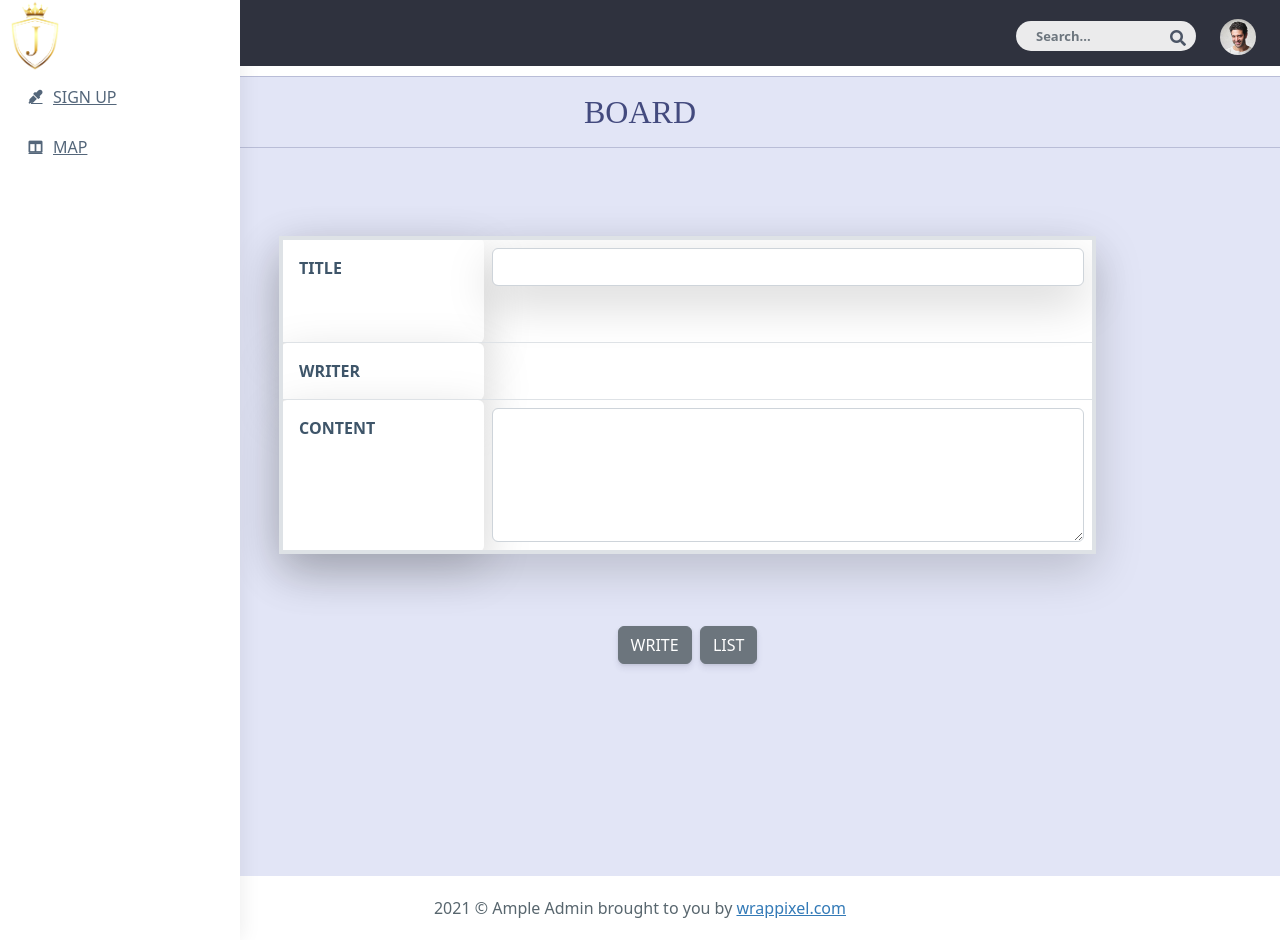
Repository: chopilyeon/HanaOpenBanking
Page: http://localhost/OpenBanking/jsp/board/boardWriteForm.jsp
These files come from the project's save history. The page is drawn as it stood at one moment and after the next save; the edit follows.
The browser window is 1280 px wide. The pictures show the whole page.
Some web fonts or font styles are not loaded; a fallback is used. The page is served by Tomcat 9. Other server files are loaded and not shown.

Above is the page before, as saved 2022-07-27 14:25:56.
Console error: ReferenceError: $ is not defined

### OpenBanking/src/main/webapp/jsp/board/boardWriteForm.jsp
<%@ page language="java" contentType="text/html; charset=UTF-8"
    pageEncoding="UTF-8"%>
<%@ taglib prefix="c" uri="http://java.sun.com/jsp/jstl/core" %>
<!DOCTYPE html>
<html>
<head>
<meta charset="utf-8">
    <meta http-equiv="X-UA-Compatible" content="IE=edge">
    <!-- Tell the browser to be responsive to screen width -->
    <meta name="viewport" content="width=device-width, initial-scale=1">
    <meta name="keywords"
        content="wrappixel, admin dashboard, html css dashboard, web dashboard, bootstrap 5 admin, bootstrap 5, css3 dashboard, bootstrap 5 dashboard, Ample lite admin bootstrap 5 dashboard, frontend, responsive bootstrap 5 admin template, Ample admin lite dashboard bootstrap 5 dashboard template">
    <meta name="description"
        content="Ample Admin Lite is powerful and clean admin dashboard template, inpired from Bootstrap Framework">
    <meta name="robots" content="noindex,nofollow">
    <title>J investment bank</title>
    <link rel="canonical" href="https://www.wrappixel.com/templates/ample-admin-lite/" />
    <!-- Favicon icon -->
    <link rel="icon" type="image/png" sizes="16x16" href="/OpenBanking/resources/images/favicon.png">
    <!-- Custom CSS -->
    <link href="/OpenBanking/resources/css/chartist.min.css" rel="stylesheet">
    <link rel="stylesheet" href="/OpenBanking/resources/css/chartist-plugin-tooltip.css">
    <!-- Custom CSS -->
    <link href="/OpenBanking/resources/css/style.min.css" rel="stylesheet">
    <link href="/OpenBanking/resources/css/onlyForMe.css" rel="stylesheet">
    <!-- CSS only -->
    <link href="https://cdn.jsdelivr.net/npm/bootstrap@5.2.0-beta1/dist/css/bootstrap.min.css" rel="stylesheet" integrity="sha384-0evHe/X+R7YkIZDRvuzKMRqM+OrBnVFBL6DOitfPri4tjfHxaWutUpFmBp4vmVor" crossorigin="anonymous">



<!-- JavaScript Bundle with Popper -->
<script src="https://cdn.jsdelivr.net/npm/bootstrap@5.2.0-beta1/dist/js/bootstrap.bundle.min.js" integrity="sha384-pprn3073KE6tl6bjs2QrFaJGz5/SUsLqktiwsUTF55Jfv3qYSDhgCecCxMW52nD2" crossorigin="anonymous"></script>

 <!-- FONT -->
<link rel="preconnect" href="https://fonts.googleapis.com">
<link rel="preconnect" href="https://fonts.gstatic.com" crossorigin>
<link href="https://fonts.googleapis.com/css2?family=Libre+Baskerville:ital@1&display=swap" rel="stylesheet">



<script>
	$(document).ready(function(){
		$('#listBtn').click(function(){
			location.href="${pageContext.request.contextPath}/board/list.do"
		})

	})

	 function checkForm(){

		let f = document.writeForm
		if(f.title.value==''){
			document.getElementById("trigger").click();
			f.title.focus()
			return false
		}

		if(f.content.value==''){
			document.getElementById("trigger").click();
			f.content.focus()
			return false
		}
		return true;
	}
</script>


</head>
<body>


	<jsp:include page="/jsp/include/topAndSide.jsp" />

	<section class="alert-primary">

		<div align="center" class="">
		<hr>
		<h2 class="">BOARD</h2>
		<hr>
		<br>


		<div class="d-flex justify-content-center">

			<div class="container">
				<div class="row">
				<div class="col-md-1"></div>
					<div class="col-md-11">



	<form action="${pageContext.request.contextPath}/board/writeProcess.do" method="post" name="writeForm" onsubmit="return checkForm()" class="mt-5">

		<input type="hidden" name ="id" value="${userVO.id}" >
		<table border="1" style="width:80%" class="table border border-4 shadow-lg p-3 mb-5 bg-body rounded">
			<tr>

				<th class="shadow-lg p-3 mb-5 bg-body rounded">TITLE</th>
				<td><input type="text" name="title" class="form-control input-sm shadow-lg p-3 mb-5 bg-body rounded"></td>


			</tr>
			<tr>

				<th width ="25%" class="ml-5 shadow-lg p-3 mb-5 bg-body rounded">WRITER</th>
				<td>${userVO.id }</td>

			</tr>
			<tr>
				<th width ="25%" class="ml-5 shadow-lg p-3 mb-5 bg-body rounded">CONTENT</th>
				<td>
					<textarea rows="5" cols="80" name="content" class="form-control md-textarea"></textarea>
				</td>
			</tr>
		</table>
		<br>
		<input type="submit" value="WRITE" class="btn btn-secondary">&nbsp;

	<form>

	<button id="listBtn" class="btn btn-secondary">LIST</button>
	</div>
	</div>
	</div>
	</div>


		<!-- Button trigger modal -->
	<button type="button" class="btn btn-primary" id="trigger" data-bs-toggle="modal" data-bs-target="#exampleModal">
 		 Launch demo modal
	</button>


	<!-- Modal -->
	<div class="modal fade" id="exampleModal" tabindex="-1" aria-labelledby="exampleModalLabel" aria-hidden="true">
  		<div class="modal-dialog">
    		<div class="modal-content py-5">
    			 <div class="modal-body">
     	 			 <p class="fs-6 text-center">PLEASE WRITE TITLE AND CONTENT</p>

     	 			 <p class="fs-6 text-center">THANK YOU   ${userVO.id}! <p>



     			</div>
   			 </div>
  		</div>
	</div>






</section>

















	</section>








	<jsp:include page="/jsp/include/footer.jsp" />


<script>





document.addEventListener("DOMContentLoaded",()=>{

 	document.getElementById("trigger").style.display = 'none';
	document.getElementById("click").style.display = 'none';


 	const fail = document.getElementById("fail");

 	fail.addEventListener("click",()=>{
 		document.getElementById("click").click();
 	});



 });

</script>







 <script src="/OpenBanking/resources/js/jquery.min.js"></script>
    <!-- Bootstrap tether Core JavaScript -->
    <script src="/OpenBanking/resources/js/bootstrap.bundle.min.js"></script>
    <script src="/OpenBanking/resources/js/app-style-switcher.js"></script>
    <script src="/OpenBanking/resources/js/jquery.sparkline.min.js"></script>
    <!--Wave Effects -->
    <script src="/OpenBanking/resources/js/waves.js"></script>
    <!--Menu sidebar -->
    <script src="/OpenBanking/resources/js/sidebarmenu.js"></script>
    <!--Custom JavaScript -->
    <script src="/OpenBanking/resources/js/custom.js"></script>
    <!--This page JavaScript -->
    <!--chartis chart-->
    <script src="/OpenBanking/resources/js/chartist.min.js"></script>
    <script src="/OpenBanking/resources/js/chartist-plugin-tooltip.min.js"></script>
    <script src="/OpenBanking/resources/js/dashboard1.js"></script>




</body>
</html>

### OpenBanking/src/main/webapp/jsp/include/topAndSide.jsp
<%@ page language="java" contentType="text/html; charset=UTF-8"
    pageEncoding="UTF-8"%>
<%@ taglib prefix="c" uri="http://java.sun.com/jsp/jstl/core" %>

  <!-- ============================================================== -->
    <!-- Preloader - style you can find in spinners.css -->
    <!-- ============================================================== -->
    <div class="preloader">
        <div class="lds-ripple">
            <div class="lds-pos"></div>
            <div class="lds-pos"></div>
        </div>
    </div>
    <!-- ============================================================== -->
    <!-- Main wrapper - style you can find in pages.scss -->
    <!-- ============================================================== -->
    <div id="main-wrapper" data-layout="vertical" data-navbarbg="skin5" data-sidebartype="full"
        data-sidebar-position="absolute" data-header-position="absolute" data-boxed-layout="full">
        <!-- ============================================================== -->
        <!-- Topbar header - style you can find in pages.scss -->
        <!-- ============================================================== -->
        <header class="topbar" data-navbarbg="skin5">
            <nav class="navbar top-navbar navbar-expand-md navbar-dark">
                <div class="navbar-header" data-logobg="skin6">
                    <!-- ============================================================== -->
                    <!-- Logo -->
                    <!-- ============================================================== -->
                    <a class="navbar-brand" href="${pageContext.request.contextPath}/welcome.do">
                        <!-- Logo icon -->
                        <b class="logo-icon">
                            <!-- Dark Logo icon -->
                            <img src="/OpenBanking/resources/images/J_LOGO.png" alt="homepage" width="50" class="rounded mx-auto d-block">
                        </b>
                        <!--End Logo icon -->
                        <!-- Logo text -->
                        <span class="">
                            <!-- dark Logo text -->

                        </span>
                    </a>
                    <!-- ============================================================== -->
                    <!-- End Logo -->
                    <!-- ============================================================== -->
                    <!-- ============================================================== -->
                    <!-- toggle and nav items -->
                    <!-- ============================================================== -->
                    <a class="nav-toggler waves-effect waves-light text-dark d-block d-md-none"
                        href="javascript:void(0)"><i class="ti-menu ti-close"></i></a>
                </div>
                <!-- ============================================================== -->
                <!-- End Logo -->
                <!-- ============================================================== -->
                <div class="navbar-collapse collapse" id="navbarSupportedContent" data-navbarbg="skin5">

                    <!-- ============================================================== -->
                    <!-- Right side toggle and nav items -->
                    <!-- ============================================================== -->
                    <ul class="navbar-nav ms-auto d-flex align-items-center">

                        <!-- ============================================================== -->
                        <!-- Search -->
                        <!-- ============================================================== -->
                        <li class=" in">
                            <form role="search" class="app-search d-none d-md-block me-3">
                                <input type="text" placeholder="Search..." class="form-control mt-0">
                                <a href="#" class="active">
                                    <i class="fa fa-search"></i>
                                </a>
                            </form>
                        </li>
                        <!-- ============================================================== -->
                        <!-- User profile and search -->
                        <!-- ============================================================== -->
                        <li>
                            <a class="profile-pic" href="#">
                                <img src="/OpenBanking/resources/images/users/varun.jpg" alt="user-img" width="36"
                                    class="img-circle"><span class="text-white font-medium f-3">${userVO.id}</span></a>
                        </li>

                    <c:if test="${ not empty userVO }">
                        <li>
                            <a href="${pageContext.request.contextPath}/logout.do">
                              <button type="button" class="btn btn-primary btn-sm m-2">LOGOUT</button>
                            </a>
                        </li>

                	 </c:if>
                        <!-- ============================================================== -->
                        <!-- User profile and search -->
                        <!-- ============================================================== -->
                    </ul>
                </div>
            </nav>
        </header>
        <!-- ============================================================== -->
        <!-- End Topbar header -->
        <!-- ============================================================== -->
        <!-- ============================================================== -->
        <!-- Left Sidebar - style you can find in sidebar.scss  -->
        <!-- ============================================================== -->
        <aside class="left-sidebar" data-sidebarbg="skin6">
            <!-- Sidebar scroll-->
            <div class="scroll-sidebar">
                <!-- Sidebar navigation-->

                <nav class="sidebar-nav navbar">
                    <ul id="sidebarnav">
                        <!-- User Profile-->
                        <c:if test="${userVO.openBanking eq 'Y' }">

                        	<li class="sidebar-item pt-2">
                            	<a class="sidebar-link waves-effect waves-dark sidebar-link" href="${pageContext.request.contextPath}/Member/DashBoard.do"
                                	aria-expanded="false">
                                		<i class="far fa-clock" aria-hidden="true"></i>
                                	<span class="hide-menu">ASSET STATUS</span>
                            	</a>
                        	</li>
                        </c:if>


              	 		<c:choose>
							<c:when test="${ not empty userVO }">

                        <li class="sidebar-item">
                            <a class="sidebar-link waves-effect waves-dark sidebar-link" href="${pageContext.request.contextPath}/Member/checkInfo.do"
                                aria-expanded="false">
                                <i class="fa fa-user" aria-hidden="true"></i>
                                <span class="hide-menu">MEMBER INFO</span>
                            </a>
                        </li>



                         <li class="sidebar-item">
                            <a class="sidebar-link waves-effect waves-dark sidebar-link" href="${pageContext.request.contextPath}/bank/openBank.do"
                                aria-expanded="false">
                                <i class="fa fa-globe" aria-hidden="true"></i>
                                <span class="hide-menu">BANK SERVICE</span>
                            </a>
                        </li>




                        <li class="sidebar-item">
                            <a class="sidebar-link waves-effect waves-dark sidebar-link" href="${pageContext.request.contextPath}/board/list.do"
                                aria-expanded="false">
                                <i class="fas fa-eye-dropper" aria-hidden="true"></i>
                                <span class="hide-menu">Q&A</span>
                            </a>
                        </li>



    					 </c:when>
          					<c:otherwise>

                        <li class="sidebar-item">
                            <a class="sidebar-link waves-effect waves-dark sidebar-link" href="${pageContext.request.contextPath}/login.do"
                                aria-expanded="false">
                                <i class=" fas fa-eye-dropper" aria-hidden="true"></i>
                                <span class="hide-menu">SIGN UP</span>
                            </a>
                        </li>

                         <li class="sidebar-item">
                            <a class="sidebar-link waves-effect waves-dark sidebar-link" href="${pageContext.request.contextPath}/map.do"
                                aria-expanded="false">
                                <i class="fa fa-columns" aria-hidden="true"></i>
                                <span class="hide-menu">MAP</span>
                            </a>
                        </li>



              			</c:otherwise>
         			</c:choose>

                    </ul>

                </nav>
                <!-- End Sidebar navigation -->
            </div>
            <!-- End Sidebar scroll-->
        </aside>
        <!-- ============================================================== -->
        <!-- End Left Sidebar - style you can find in sidebar.scss  -->
        <!-- ============================================================== -->
        <!-- ============================================================== -->
        <!-- Page wrapper  -->
        <!-- ============================================================== -->

### OpenBanking/src/main/webapp/jsp/include/footer.jsp
<%@ page language="java" contentType="text/html; charset=UTF-8"
    pageEncoding="UTF-8"%>
  <footer class="footer text-center">
  	2021 © Ample Admin brought to you by <a href="#">wrappixel.com</a>
  </footer>

### OpenBanking/src/main/webapp/resources/css/onlyForMe.css
@charset "UTF-8";

body,h2,h3,h4,h5{
	font-family: 'Libre Baskerville', serif;
}

.btn btn-primary{

	font-family: 'Libre Baskerville', serif;

}

h3,p{

	font-family: 'Libre Baskerville', serif;

}





.onlyfor{
	background:url('../images/city.jpg');
	background-size:cover;

}




.onlyfor1{
	background:url('../images/river.jpg');
	background-size:cover;

}




section{
	min-height:800px;

}

.carousel-item{
	height:900px;
}



.carousel-image-1{
	background:url('/OpenBanking/resources/images/city1.jpg');
	background-size:cover;
}

.carousel-image-2{
		background:url('/OpenBanking/resources/images/picture2.jpg');
		background-size:cover;
}

.carousel-image-3{

		background:url('/OpenBanking/resources/images/coffee.jpg');
		background-size:cover;
}



.highcharts-figure,
.highcharts-data-table table {
  min-width: 360px;
  max-width: 800px;
  margin: 1em auto;
}

.highcharts-data-table table {
  font-family: Verdana, sans-serif;
  border-collapse: collapse;
  border: 1px solid #ebebeb;
  margin: 10px auto;
  text-align: center;
  width: 100%;
  max-width: 500px;
}

.highcharts-data-table caption {
  padding: 1em 0;
  font-size: 1.2em;
  color: #555;
}

.highcharts-data-table th {
  font-weight: 600;
  padding: 0.5em;
}

.highcharts-data-table td,
.highcharts-data-table th,
.highcharts-data-table caption {
  padding: 0.5em;
}

.highcharts-data-table thead tr,
.highcharts-data-table tr:nth-child(even) {
  background: #f8f8f8;
}

.highcharts-data-table tr:hover {
  background: #f1f7ff;
}

### OpenBanking/src/main/webapp/resources/js/sidebarmenu.js
/*
Template Name: Admin Template
Author: Wrappixel

File: js
*/
// ==============================================================
// Auto select left navbar
// ==============================================================
$(function() {
    "use strict";
     var url = window.location + "";
        var path = url.replace(window.location.protocol + "//" + window.location.host + "/", "");
        var element = $('ul#sidebarnav a').filter(function() {
            return this.href === url || this.href === path;// || url.href.indexOf(this.href) === 0;
        });
        element.parentsUntil(".sidebar-nav").each(function (index)
        {
            if($(this).is("li") && $(this).children("a").length !== 0)
            {
                $(this).children("a").addClass("active");
                $(this).parent("ul#sidebarnav").length === 0
                    ? $(this).addClass("active")
                    : $(this).addClass("selected");
            }
            else if(!$(this).is("ul") && $(this).children("a").length === 0)
            {
                $(this).addClass("selected");

            }
            else if($(this).is("ul")){
                $(this).addClass('in');
            }

        });

    element.addClass("active");
    $('#sidebarnav a').on('click', function (e) {

            if (!$(this).hasClass("active")) {
                // hide any open menus and remove all other classes
                $("ul", $(this).parents("ul:first")).removeClass("in");
                $("a", $(this).parents("ul:first")).removeClass("active");

                // open our new menu and add the open class
                $(this).next("ul").addClass("in");
                $(this).addClass("active");

            }
            else if ($(this).hasClass("active")) {
                $(this).removeClass("active");
                $(this).parents("ul:first").removeClass("active");
                $(this).next("ul").removeClass("in");
            }
    })
    $('#sidebarnav >li >a.has-arrow').on('click', function (e) {
        e.preventDefault();
    });

});

### OpenBanking/src/main/webapp/resources/js/custom.js
$(function() {
    "use strict";

    $(".preloader").fadeOut();
    // this is for close icon when navigation open in mobile view
    $(".nav-toggler").on('click', function() {
        $("#main-wrapper").toggleClass("show-sidebar");
        $(".nav-toggler i").toggleClass("ti-menu");
    });
    $(".search-box a, .search-box .app-search .srh-btn").on('click', function() {
        $(".app-search").toggle(200);
        $(".app-search input").focus();
    });

    // ==============================================================
    // Resize all elements
    // ==============================================================
    $("body, .page-wrapper").trigger("resize");
    $(".page-wrapper").delay(20).show();

    //****************************
    /* This is for the mini-sidebar if width is less then 1170*/
    //****************************
    var setsidebartype = function() {
        var width = (window.innerWidth > 0) ? window.innerWidth : this.screen.width;
        if (width < 1170) {
            $("#main-wrapper").attr("data-sidebartype", "mini-sidebar");
        } else {
            $("#main-wrapper").attr("data-sidebartype", "full");
        }
    };
    $(window).ready(setsidebartype);
    $(window).on("resize", setsidebartype);

});

Loaded but not shown: OpenBanking/src/main/webapp/resources/css/chartist.min.css (library); OpenBanking/src/main/webapp/resources/css/chartist-plugin-tooltip.css (common file); OpenBanking/src/main/webapp/resources/css/style.min.css (library); OpenBanking/src/main/webapp/resources/css/icons/font-awesome/css/fontawesome-all.min.css (library); OpenBanking/src/main/webapp/resources/css/icons/themify-icons/themify-icons.css (common file); OpenBanking/src/main/webapp/resources/js/jquery.min.js (library); OpenBanking/src/main/webapp/resources/js/bootstrap.bundle.min.js (library); OpenBanking/src/main/webapp/resources/js/app-style-switcher.js (common file); OpenBanking/src/main/webapp/resources/js/jquery.sparkline.min.js (library); OpenBanking/src/main/webapp/resources/js/waves.js (library); OpenBanking/src/main/webapp/resources/js/chartist.min.js (library); OpenBanking/src/main/webapp/resources/js/chartist-plugin-tooltip.min.js (library); OpenBanking/src/main/webapp/resources/js/dashboard1.js (79 lines, source omitted)

After the next save:
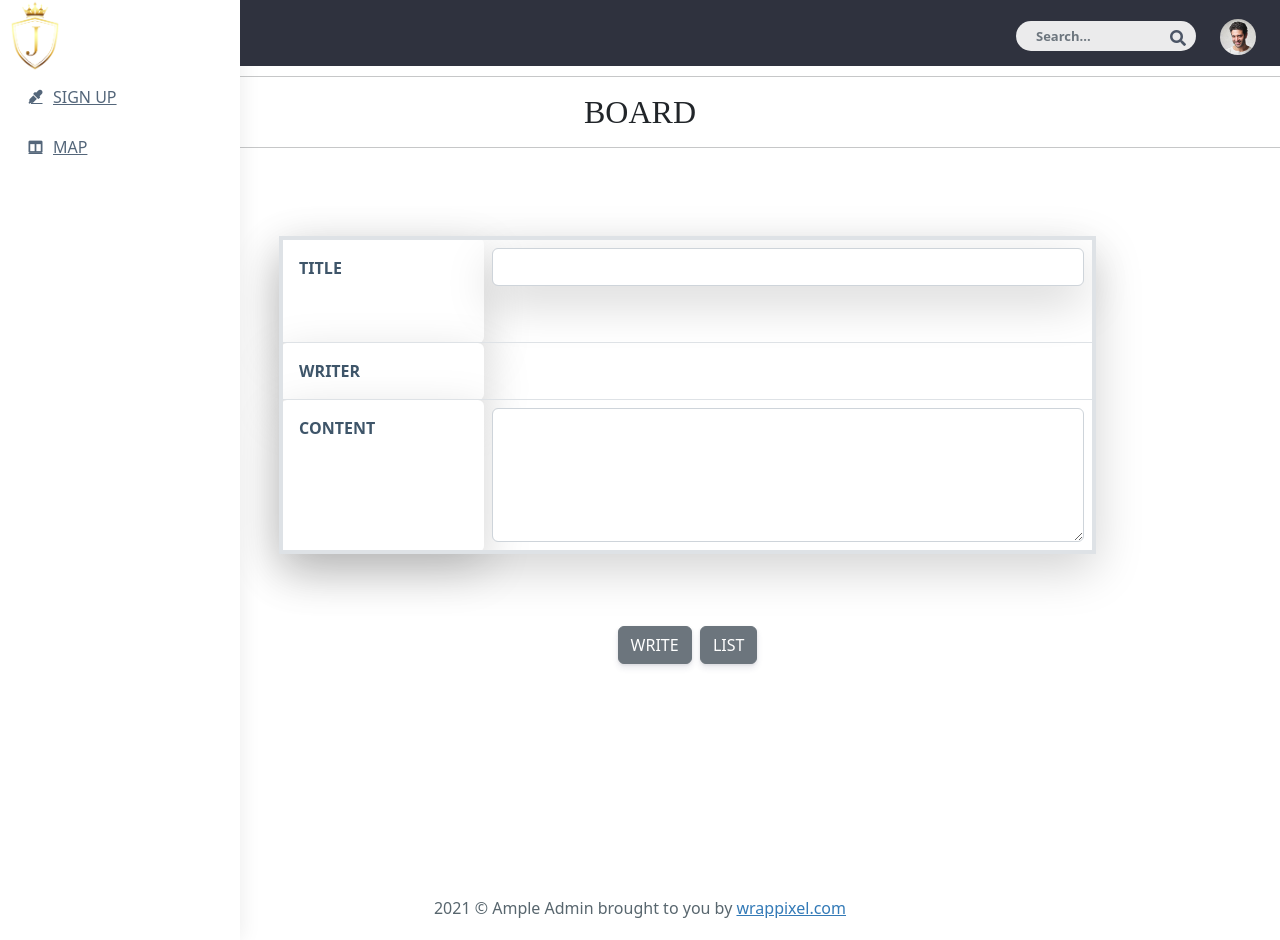
Saved 4 s later.
--- a/OpenBanking/src/main/webapp/jsp/board/boardWriteForm.jsp
+++ b/OpenBanking/src/main/webapp/jsp/board/boardWriteForm.jsp
@@ -71,7 +71,7 @@
 
 	<jsp:include page="/jsp/include/topAndSide.jsp" />
 
-	<section class="alert-primary">
+	<section class="">
 
 		<div align="center" class="">
 		<hr>
